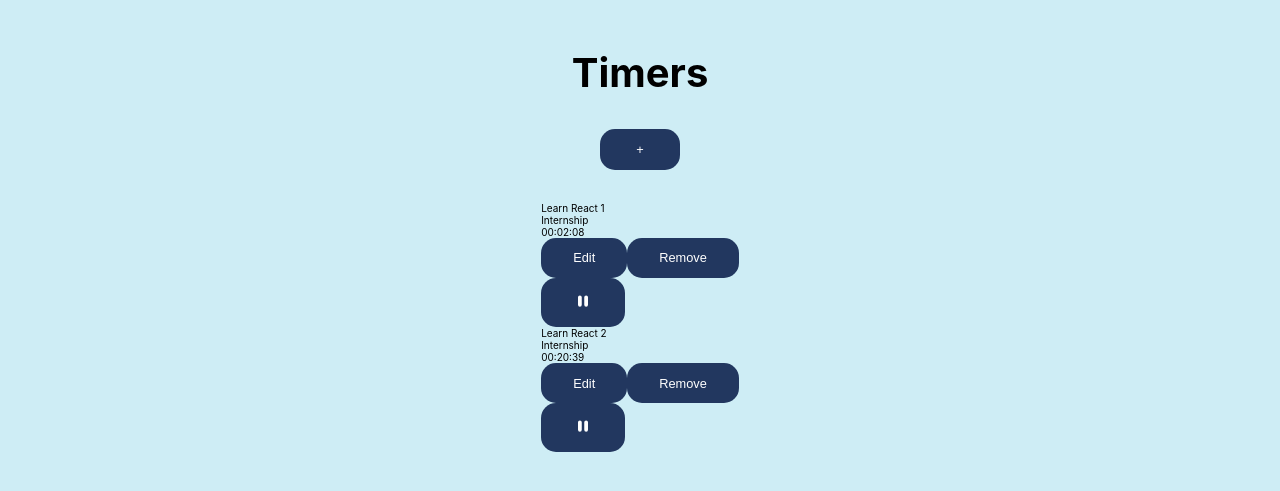
Repository: dqhuy153/react-timer
Page: /
An editor plug-in stored every save of this project. The page is shown before and after the next save, followed by the edit.
The browser window is 1280 px wide. The pictures show the whole page.
The project was rebuilt for these pictures with package versions that can differ from the ones it lists, and the page was loaded fresh each time. Also part of the build but not shown: src/components/TimerForm/TimerForm.module.scss, src/components/TimerForm/index.jsx, src/components/EditableTimerForm/EditableTimerForm.module.scss.

Above is the page before, as saved 2021-10-26 17:13:29.

### src/index.css
* {
  padding: 0;
  margin: 0;
  box-sizing: border-box;
}

body {
  margin: 0;
  font-family: -apple-system, BlinkMacSystemFont, 'Segoe UI', 'Roboto', 'Oxygen',
    'Ubuntu', 'Cantarell', 'Fira Sans', 'Droid Sans', 'Helvetica Neue',
    sans-serif;
  -webkit-font-smoothing: antialiased;
  -moz-osx-font-smoothing: grayscale;

  font-size: 62.5%;
}

code {
  font-family: source-code-pro, Menlo, Monaco, Consolas, 'Courier New',
    monospace;
}

### src/App.js
import { useEffect, useRef, useState } from 'react';
import './App.scss';

import EditableTimerForm from './components/EditableTimerForm';
import ToggleableTimerForm from './components/ToggeableTimerForm';
import { newTimer } from './utils/TimerUtils';

function App() {
  const timerRef = useRef();
  const [timers, setTimers] = useState([
    {
      id: 1,
      title: 'Learn React 1',
      project: 'Internship',
      time: 123454,
      isRunning: true,
    },
    {
      id: 2,
      title: 'Learn React 2',
      project: 'Internship',
      time: 1234545,
      isRunning: true,
    },
  ]);

  const handleUpdateTimer = (data) => {
    let newTimers;

    //if has no id, create a new one
    if (!data.id) {
      newTimers = [
        newTimer({
          title: data.title,
          project: data.project,
        }),
        ...timers,
      ];
    }
    //update existing timer
    else {
      newTimers = timers.map((timer, idx) => {
        if (timer.id === data.id) {
          return {
            ...timer,
            title: data.title,
            project: data.project,
          };
        }

        return timer;
      });
    }

    setTimers(newTimers);
  };

  useEffect(() => {
    clearTimeout(timerRef.current);

    timerRef.current = setTimeout(() => {
      const newTimers = timers.map((timer, idx) => {
        if (timer.isRunning)
          return {
            ...timer,
            time: timer.time + 1000,
          };

        return timer;
      });

      setTimers(newTimers);
    }, 1000);
  }, [timers]);

  return (
    <div className="App">
      <div className="body">
        <h1>Timers</h1>

        <ToggleableTimerForm onUpdate={handleUpdateTimer} />

        {timers.map((timer) => {
          return (
            <EditableTimerForm
              key={timer.id}
              id={timer.id}
              title={timer.title}
              project={timer.project}
              timer={timer.time}
              isRunning={timer.isRunning}
            />
          );
        })}
      </div>
    </div>
  );
}

export default App;

### src/App.scss
.App {
  background: #ceedf5;
}

.body {
  display: flex;
  justify-content: flex-start;
  align-items: center;
  flex-direction: column;
  padding: 3rem 0;
  height: 100vh;

  h1 {
    font-size: 2.5rem;
  }
}

### src/components/EditableTimerForm/index.jsx
import React, { useState } from 'react';
import Timer from '../Timer';
import TimerForm from '../TimerForm';

import styles from './EditableTimerForm.module.scss';

const EditableTimerForm = ({
  id,
  title,
  project,
  timer,
  isRunning,
  onUpdate,
  onRemove,
  onTimerClick,
}) => {
  const [isEdit, setIsEdit] = useState(false);

  const handleOpenEdit = () => {
    setIsEdit(true);
  };

  const handleCloseEdit = () => {
    setIsEdit(false);
  };

  const handleUpdate = (data) => {
    onUpdate(data);
    handleOpenEdit();
  };

  const content = isEdit ? (
    <TimerForm
      id={id}
      title={title}
      project={project}
      timer={timer}
      onCancel={handleCloseEdit}
      onUpdate={handleUpdate}
    />
  ) : (
    <Timer
      id={id}
      title={title}
      project={project}
      timer={timer}
      isRunning={isRunning}
      onEdit={handleOpenEdit}
      onRemove={onRemove}
      onTimerClick={onTimerClick}
    />
  );

  return <div className={styles.container}>{content}</div>;
};

export default EditableTimerForm;

### src/components/ToggeableTimerForm/index.jsx
import { useState } from 'react';
import Button from '../Button';
import TimerForm from '../TimerForm';

import styles from './ToggleableTimerForm.module.scss';

const ToggleableTimerForm = ({ onUpdate, ...props }) => {
  const [isOpen, setIsOpen] = useState(false);

  const handleOpenForm = () => {
    setIsOpen(true);
  };

  const handleCloseForm = () => {
    setIsOpen(false);
  };

  const handleUpdate = (data) => {
    onUpdate(data);
    handleCloseForm();
  };

  const content = isOpen ? (
    <TimerForm onCancel={handleCloseForm} onUpdate={handleUpdate} />
  ) : (
    <Button onClick={handleOpenForm}>+</Button>
  );

  return <div className={styles.container}>{content}</div>;
};

export default ToggleableTimerForm;

### src/utils/TimerUtils.js
import { v4 as uuidv4 } from 'uuid';

export const millisecondsToHuman = (ms) => {
  const seconds = Math.floor((ms / 1000) % 60);
  const minutes = Math.floor((ms / 1000 / 60) % 60);
  const hours = Math.floor(ms / 1000 / 60 / 60);

  const humanized = [
    pad(hours.toString(), 2),
    pad(minutes.toString(), 2),
    pad(seconds.toString(), 2),
  ].join(':');

  return humanized;
};

const pad = (numberString, size) => {
  let padded = numberString;
  while (padded.length < size) {
    padded = `0${padded}`;
  }
  return padded;
};

export const newTimer = (attrs = {}) => {
  const timer = {
    title: attrs.title || 'Timer',
    project: attrs.project || 'Project',
    id: uuidv4(),
    time: 0,
    isRunning: false,
  };

  return timer;
};

### src/components/Timer/index.jsx
import React from 'react';
import { BsPauseFill, BsPlayFill, BsStopFill } from 'react-icons/bs';

import { millisecondsToHuman } from '../../utils/TimerUtils';
import Button from '../Button';

const Timer = ({
  title,
  project,
  timer,
  isRunning,
  onEdit,
  onRemove,
  onTimerClick,
}) => {
  const buttonLabel = isRunning ? (
    <BsPauseFill size={20} />
  ) : (
    <BsPlayFill size={20} />
  );

  return (
    <div>
      <p>{title}</p>
      <p>{project}</p>
      <p>{millisecondsToHuman(timer)}</p>

      <div>
        <Button onClick={onEdit}>Edit</Button>
        <Button onClick={onRemove}>Remove</Button>
      </div>

      <Button onClick={onTimerClick}>{buttonLabel}</Button>
    </div>
  );
};

export default Timer;

### src/components/Button/index.jsx
import React from 'react';

import styles from './Button.module.scss';

const Button = ({
  children,
  onClick,
  className,
  bgColor = '#22375f',
  color = '#fff',
  hoverColor = '#22375f',
  hoverBgColor = '#fff',
  ...rest
}) => {
  return (
    <button
      style={{
        '--bg-color': bgColor,
        '--color': color,
        '--hover-color': hoverColor,
        '--hover-bg-color': hoverBgColor,
      }}
      className={`${styles.container} ${className}`}
      onClick={onClick}
      children={children}
      {...rest}
    ></button>
  );
};

export default Button;

### src/components/ToggeableTimerForm/ToggleableTimerForm.module.scss
.container {
  margin: 2rem;
}

### src/components/Button/Button.module.scss
.container {
  padding: 0.8rem 2rem;
  min-width: 5rem;
  border: none;
  color: var(--color);
  border-radius: 15px;
  background: var(--bg-color);
  font-size: 0.8rem;
  cursor: pointer;
  transition: all 0.2s linear;

  &:hover {
    box-shadow: rgba(100, 100, 111, 0.3) 0px 7px 29px 0px;
    background: var(--hover-bg-color);
    color: var(--hover-color);
    font-weight: bold;
  }

  &:active {
    transform: translateY(2px);
  }
}

Loaded but not shown: public/index.html (common file); src/index.js (common file); src/reportWebVitals.js (common file)

After the next save:
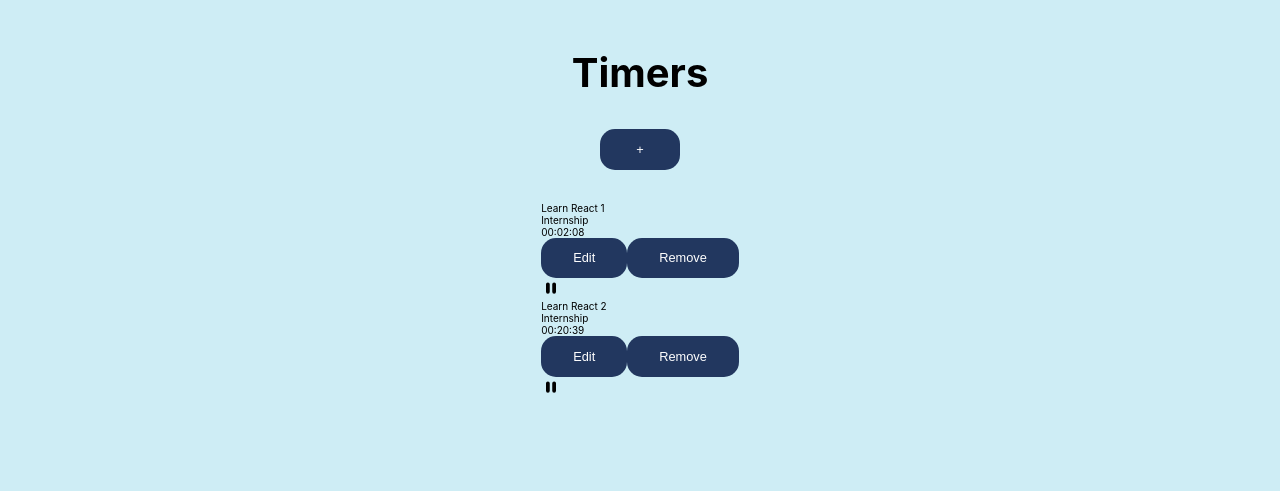
Saved 45 s later.
--- a/src/components/Timer/index.jsx
+++ b/src/components/Timer/index.jsx
@@ -30,7 +30,7 @@
         <Button onClick={onRemove}>Remove</Button>
       </div>
 
-      <Button onClick={onTimerClick}>{buttonLabel}</Button>
+      <div onClick={onTimerClick}>{buttonLabel}</div>
     </div>
   );
 };

After the save that followed:
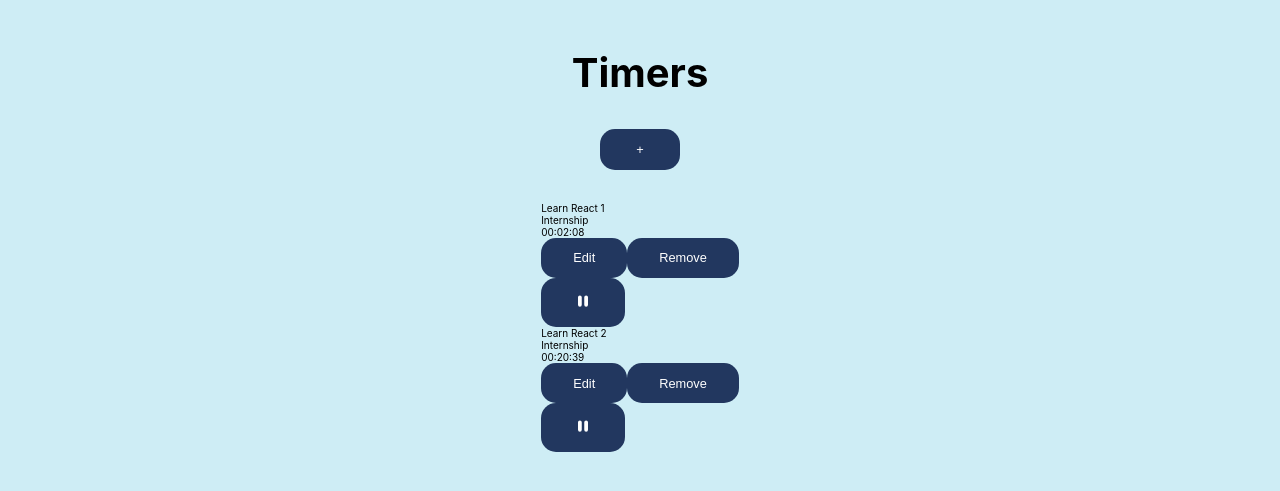
Saved 68 s later.
--- a/src/components/Timer/index.jsx
+++ b/src/components/Timer/index.jsx
@@ -30,7 +30,7 @@
         <Button onClick={onRemove}>Remove</Button>
       </div>
 
-      <div onClick={onTimerClick}>{buttonLabel}</div>
+      <Button onClick={onTimerClick}>{buttonLabel}</Button>
     </div>
   );
 };
